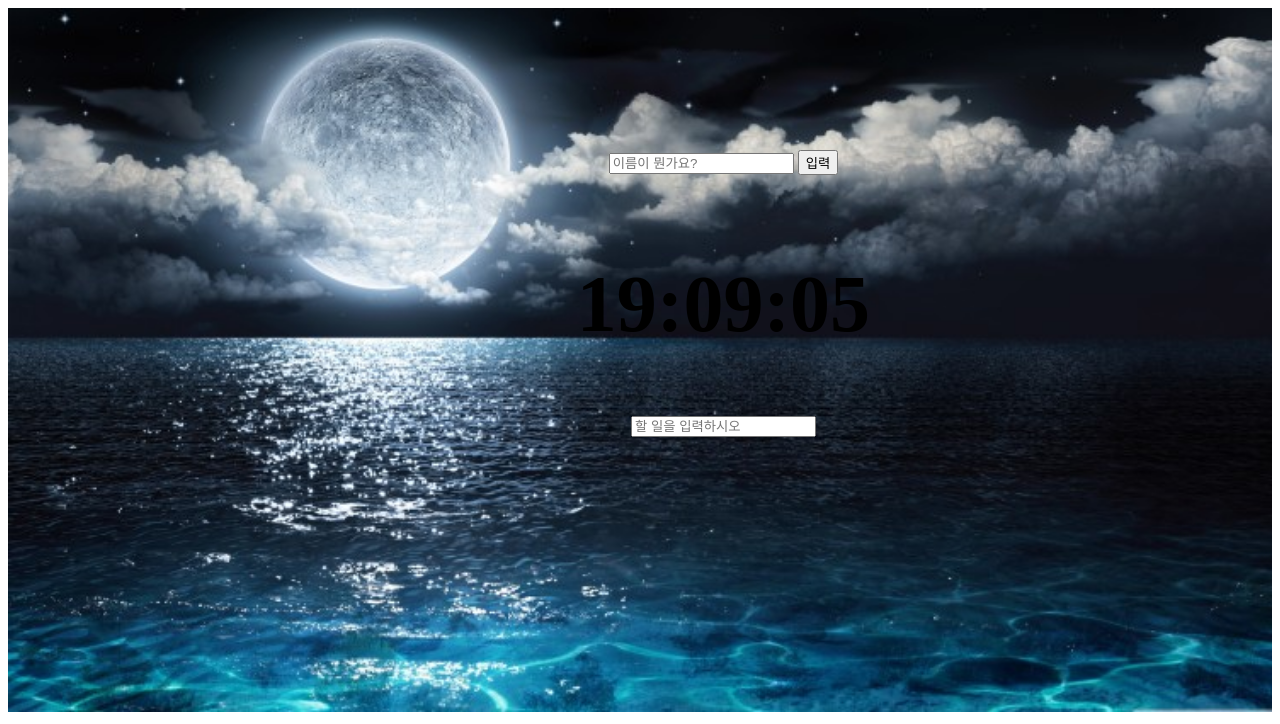
Repository: jun01270/F-E-practice
Page: index.html
An editor plug-in stored every save of this project. The page is shown before and after the next save, followed by the edit.
The browser window is 1280 px wide. The pictures show the whole page.

Above is the page before, as saved 2023-01-09 19:09:00.
Console error: TypeError: Cannot read properties of null (reading 'addEventListener')

### index.html
<!DOCTYPE html>
<html lang="en">
  <head>
    <meta charset="UTF-8" />
    <meta http-equiv="X-UA-Compatible" content="IE=edge" />
    <meta name="viewport" content="width=device-width, initial-scale=1.0" />
    <link rel="stylesheet" href="/css/style.css" />
    <title>Document</title>
  </head>
  <body>
    <div id="all">
      <form id="userName-form" class="hidden">
        <input required type="text" placeholder="이름이 뭔가요?" />
        <input type="submit" value="입력" />
      </form>
      <br />
      <h2 id="clock">00:00:00</h2>
      <form id="todo-form">
        <input type="text" placeholder="할 일을 입력하시오" />
      </form>
      <ul id="todo-list"></ul>
      <div id="quote">
        <span></span>
        <span></span>
      </div>
    </div>
    <script src="/js/greeting.js"></script>
    <script src="/js/clock.js"></script>
    <script src="/js/quotes.js"></script>
    <script src="/js/background.js"></script>
    <script src="js/todo.js"></script>
    <script src="/js/weather.js"></script>
  </body>
</html>

### css/style.css
.hidden {
  display: none;
}

#background {
  width: 100%;
  height: 100%;
  padding: 0;
}

body {
  position: relative;
}

#all {
  position: absolute;
  top: 20%;
  left: 45%;
  text-align: center;
}

#clock {
  font-size: 500%;
}

### js/greeting.js
const userNameBtn = document.querySelector("#userName-form submit");
const userName = document.querySelector("#userName-form input");
const loginForm = document.querySelector("#userName-form");
const firstH1 = document.getElementById("result");
const SavedUserName = localStorage.getItem("username");
const HIDDEN_CLASSNAME = "hidden";
const toStart = document.querySelector("button.boom");

function loginResult(e) {
  e.preventDefault();
  loginForm.classList.add(HIDDEN_CLASSNAME);
  const userName1 = userName.value;
  localStorage.setItem("username", userName1);
  paintUserName();
}

function paintUserName() {
  const userName1 = localStorage.getItem("username");
  firstH1.innerText = `Hello ${userName1}`;
  firstH1.classList.remove(HIDDEN_CLASSNAME);
}

if (SavedUserName === null) {
  loginForm.classList.remove(HIDDEN_CLASSNAME);
  loginForm.addEventListener("submit", loginResult);
} else {
  paintUserName();
}

function deleteUserName() {
  localStorage.removeItem("username");
  location.reload();
}

toStart.addEventListener("click", deleteUserName);
console.log(toStart.className);

### js/clock.js
const clock = document.querySelector("h2#clock");

function getClock() {
  const date = new Date();
  let Hours = String(date.getHours()).padStart(2, "0");
  let Minutes = String(date.getMinutes()).padStart(2, "0");
  let Seconds = String(date.getSeconds()).padStart(2, "0");
  // console.log(`${date.getHours()}:${date.getMinutes()}:${date.getSeconds()}`);
  clock.innerText = `${Hours}:${Minutes}:${Seconds}`;
}

getClock();
setInterval(getClock, 1000);

### js/quotes.js
const quotes = [
  {
    quote: "삶이 있는 한 희망은 있다",
    author: "-키케로",
  },
  {
    quote: "산다는것 그것은 치열한 전투이다.",
    author: "-로망로랑",
  },
  {
    quote: "하루에 3시간을 걸으면 7년 후에 지구를 한바퀴 돌 수 있다. ",
    author: "-사무엘존슨",
  },
  {
    quote: "언제나 현재에 집중할수 있다면 행복할것이다. ",
    author: "-파울로 코엘료",
  },
  {
    quote:
      "진정으로 웃으려면 고통을 참아야하며 , 나아가 고통을 즐길 줄 알아야 해 ",
    author: "-찰리 채플린",
  },
  {
    quote: "직업에서 행복을 찾아라. 아니면 행복이 무엇인지 절대 모를 것이다 ",
    author: "-엘버트 허버드",
  },
  {
    quote: "신은 용기있는자를 결코 버리지 않는다 ",
    author: "-켄러",
  },
  {
    quote:
      "행복의 문이 하나 닫히면 다른 문이 열린다 그러나 우리는 종종 닫힌 문을 멍하니 바라보다가 우리를 향해 열린 문을 보지 못하게 된다 ",
    author: "–헬렌켈러",
  },
  {
    quote: "피할수 없으면 즐겨라 ",
    author: "–로버트 엘리엇",
  },
];
const quoteCount = quotes.length;
const quote = document.querySelector("#quote span:first-child");
const author = document.querySelector("#quote span:last-child");
const todaysQuote = quotes[Math.floor(Math.random() * quoteCount)];

function showQuote() {
  console.log(quotes[Math.floor(Math.random() * quoteCount)]);
  quote.innerText = todaysQuote.quote;
  author.innerText = todaysQuote.author;
}

// setInterval(showQuote, 1000);

### js/background.js
const images = ["moon.jpg", "river.jpg", "orora.jpg"];
const chosenImage = images[Math.floor(Math.random() * images.length)];
const bgImage = document.createElement("img");
const content = document.getElementById("wrapper");
bgImage.id = "background";

bgImage.src = `img/${chosenImage}`;

document.body.appendChild(bgImage);
// bgImage.appendChild(content);

console.log(content);

### js/todo.js
const toDoForm = document.getElementById("todo-form");
const toDoInput = document.querySelector("#todo-form input");
const toDoLi = document.querySelector("#todo-list li");
const toDoList = document.getElementById("todo-list");
const TODOS_KEY = "todos";
let toDos = [];

function saveToDoLists() {
  localStorage.setItem(TODOS_KEY, JSON.stringify(toDos));
}

function deleteToDo(e) {
  const todoLi = e.target.parentNode;
  todoLi.remove();
  const cleanToDos = toDos.filter((toDo) => toDo.id !== todoLi.id);
  toDos = cleanToDos;
  saveToDoLists();
}

function paintToDo(newToDoObj) {
  const listOfToDo = document.createElement("div");
  listOfToDo.id = newToDoObj.Id;
  const span = document.createElement("span");
  span.innerText = newToDoObj.text;
  const deleteButton = document.createElement("button");
  deleteButton.innerText = "X";
  deleteButton.addEventListener("click", deleteToDo);
  listOfToDo.appendChild(span);
  listOfToDo.appendChild(deleteButton);
  toDoList.appendChild(listOfToDo);
}

function handleToDoSubmit(e) {
  e.preventDefault();
  const newToDo = toDoInput.value;
  toDoInput.value = "";
  const newToDoObj = {
    text: newToDo,
    id: toDos.length + 1,
  };
  toDos.push(newToDoObj);
  paintToDo(newToDoObj);
  saveToDoLists();
}

toDoForm.addEventListener("submit", handleToDoSubmit);

const getToDo = localStorage.getItem(TODOS_KEY);
if (getToDo !== null) {
  const parseToDo = JSON.parse(getToDo);
  toDos = parseToDo;
  parseToDo.forEach(paintToDo);
}

### js/weather.js
const API_KEY = "fbf7375beaa21a73574692bdaef4a2e7";

function onGeoSuc(position) {
  const lat = position.coords.latitude;
  const lon = position.coords.longitude;
  console.log("Your position is", lat, lon);
  const url = `https://api.openweathermap.org/geo/1.0/reverse?lat=${lat}&lon=${lon}&limit={limit}&appid=${API_KEY}`;
  console.log(url);
}

function onGeoErr() {
  alert("위치를 찾을 수 없습니다.");
}
navigator.geolocation.getCurrentPosition(onGeoSuc, onGeoErr);

After the next save:
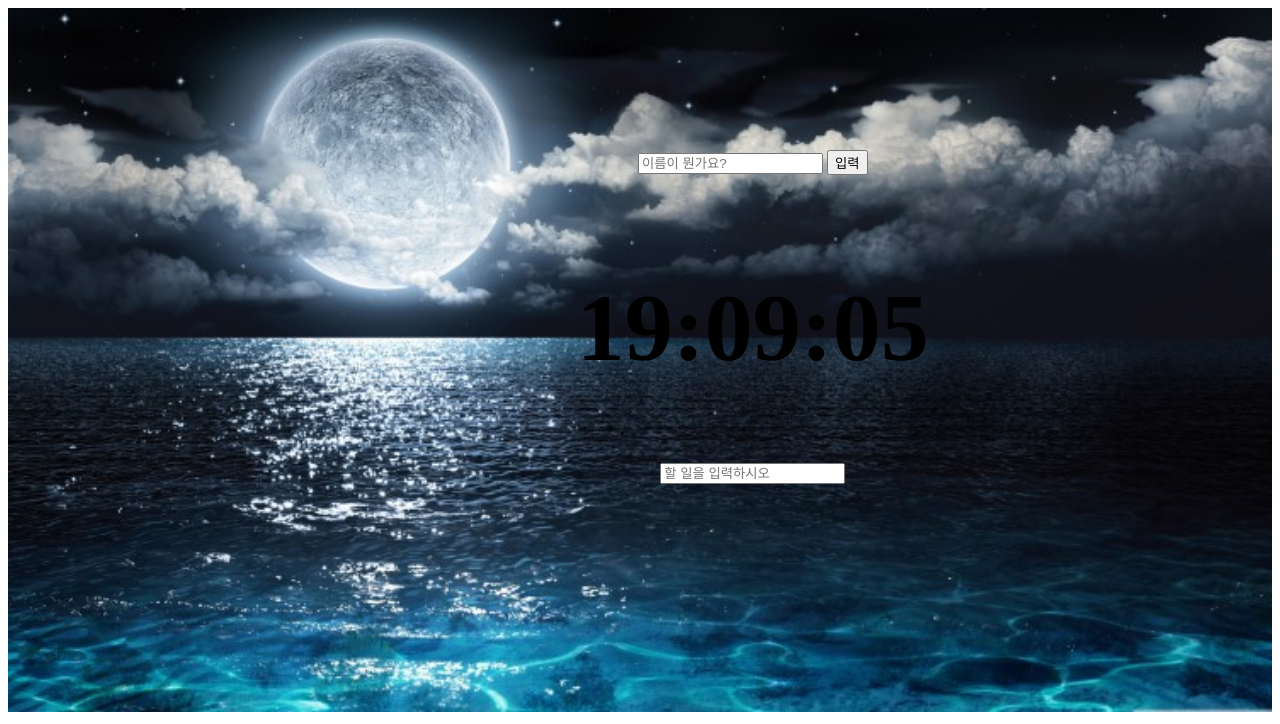
Saved 13 s later.
--- a/css/style.css
+++ b/css/style.css
@@ -20,5 +20,5 @@ body {
 }
 
 #clock {
-  font-size: 500%;
+  font-size: 600%;
 }
